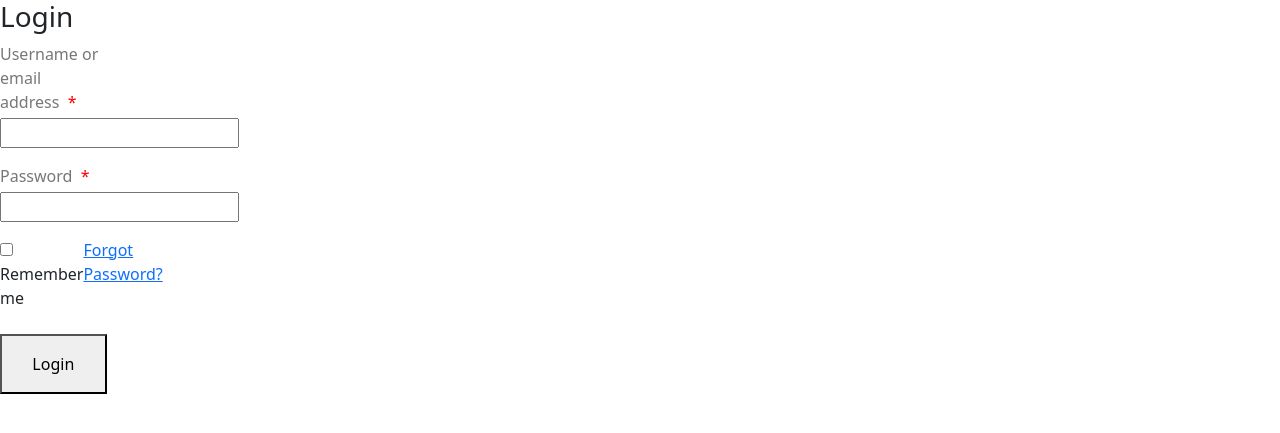
Repository: NguyenDo13/BE2-NhomH
Page: module-20,21/index.html
These files come from the project's save history. The page is drawn as it stood at one moment and after the next save; the edit follows.
The browser window is 1280 px wide. The pictures show the whole page.

Above is the page before, as saved 2022-05-21 07:30:10.

### module-20,21/index.html
<!DOCTYPE html>
<html lang="en">


<head>
    <meta charset="UTF-8" />
    <meta http-equiv="X-UA-Compatible" content="IE=edge" />
    <meta name="viewport" content="width=device-width, initial-scale=1.0" />
    <link rel="stylesheet" href="index/public/css/style.css" />
    <link rel="stylesheet" href="index/public/css/bootstrap.min.css" />
    <link rel="stylesheet" href="https://cdnjs.cloudflare.com/ajax/libs/font-awesome/6.0.0/css/all.min.css" />
    <title>Document</title>
</head>

<body>
    <div class="maincontainer">
        <div class="remaincontainer">
            <div class="boxcontent">
                <div class="u-columns col2-set">
                    <div class="u-column1 col-1">
                        <form action="" class="formSignin">
                            <h3 class="title-login"> Login </h3>
                            <p class="titleinput-login">
                                <label class="mb-1 font-weight-medium" for="username">Username or email address&nbsp;
                                    <span class="required">*</span>
                                </label>
                                <input type="text" class="input-login" name="username" id="username">
                            </p>
                            <p class="titleinput-login">
                                <label class="mb-1 font-weight-medium" for="password">Password&nbsp;
                                    <span class="required">*</span>
                                </label>
                                <input type="text" class="input-login" name="password" id="password">
                            </p>
                            <div class="Remember-password d-flex flex-column flex-sm-row justify-content-between mb-4">
                                <div class="checkbox-login my-2 my-sm-0">
                                    <input type="checkbox" name="rememberme" id="rememberme" value="forever" class="control-input">
                                    <label class="label-control no-radius" for="rememberme">Remember me</label>
                                </div>
                                <a href="" class="text-v-dark font-weight-semibold">Forgot Password?</a>
                            </div>
                            <p class="form-row mb-3 mb-lg-0 pb-1 pb-lg-0">
                                <input type="hidden" id="login-btn" name="login-btn" value="ca1cd3182f" /><input type="hidden" name="_wp_http_referer" value="/wordpress/porto/shop1/my-account/" />
                                <button type="submit" class="Login-Button button login-btn btn-v-dark py-3 text-md w-100" name="login" value="Login">
                                    Login</button>
                            </p>
                        </form>
                    </div>
                    <div class="u-column2 col-2"></div>
                </div>
            </div>
        </div>
    </div>
</body>

</html>

### module-20,21/index/public/css/style.css
.titleinput-login {
    color: #777777;
}

.required {
    color: red;
    cursor: default;
    border: none;
}

body {}

Loaded but not shown: module-20,21/index/public/css/bootstrap.min.css (library)

After the next save:
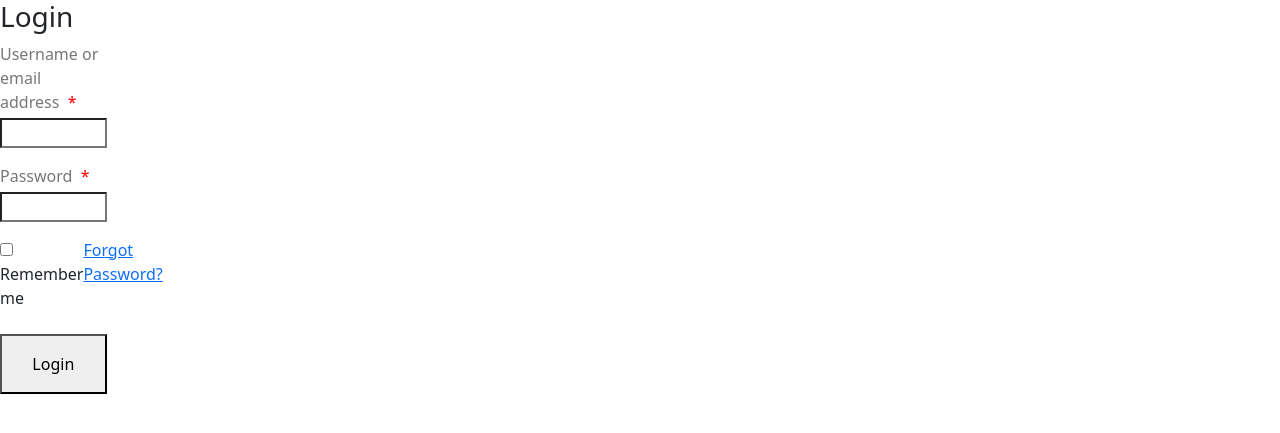
Saved 39 s later.
--- a/module-20,21/index/public/css/style.css
+++ b/module-20,21/index/public/css/style.css
@@ -1,4 +1,10 @@
 .titleinput-login {
+    color: #777777;
+}
+
+.input-login {
+    width: 100%;
+    background-color: #fff;
     color: #777777;
 }
 
